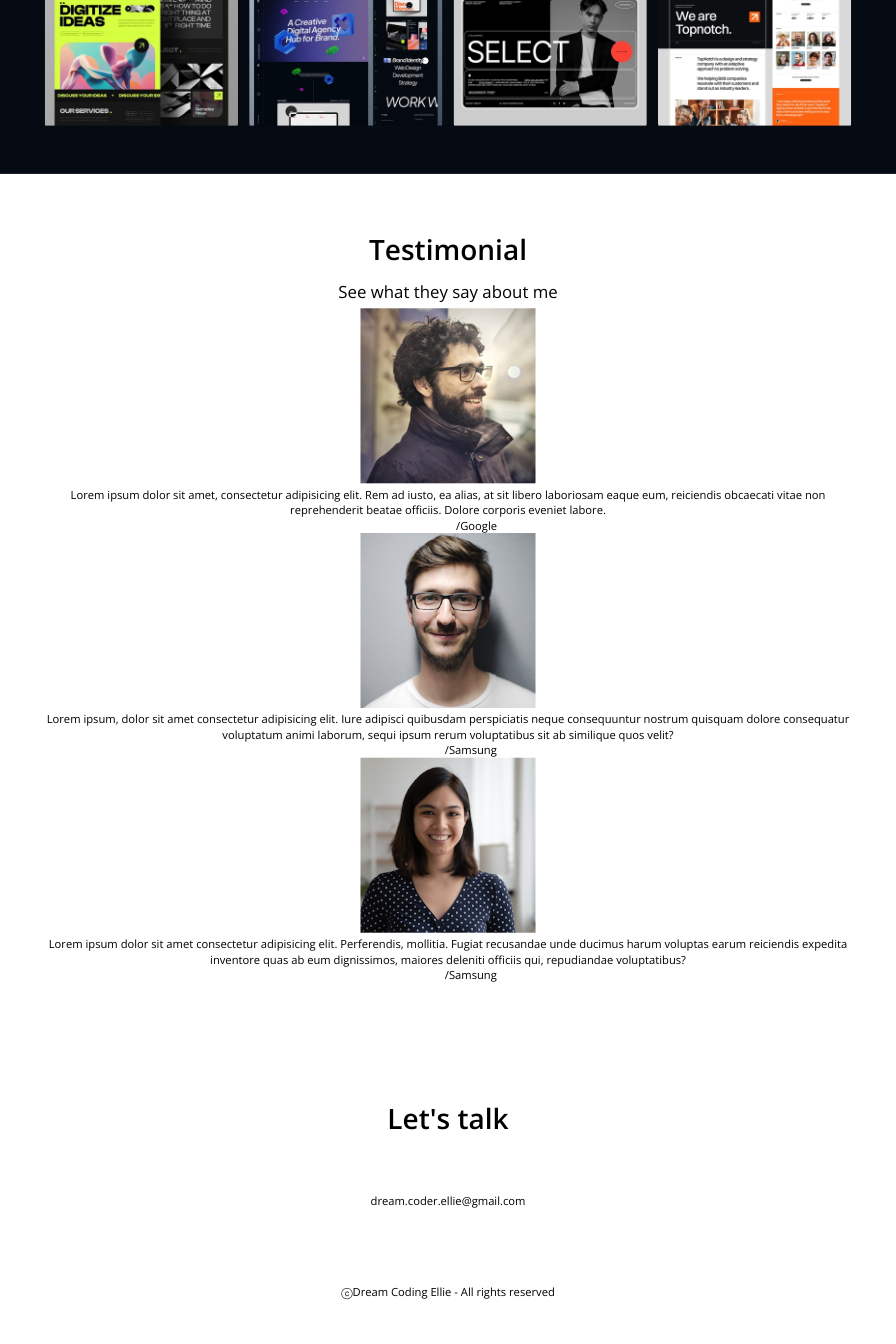
Repository: eggmoon/eggmoon_new
Page: index.html
These files come from the project's save history. The page is drawn as it stood at one moment and after the next save; the edit follows.
The browser window is 1280 px wide. The pictures show the part of the page from y = 2769 to 4689 px (the page is 4689 px tall), at 70% of full size.
Some web libraries are served in a nearby version.

Above is the page before, as saved 2025-02-26 14:49:24.

### index.html
<!DOCTYPE html>
<html lang="en">
  <head>
    <meta charset="UTF-8" />
    <meta http-equiv="X-UA-Compatible" content="IE=edge" />
    <meta name="viewport" content="width=device-width, initial-scale=1.0" />
    <!-- SEO -->
    <title>행정심판청구서 작성 가이드</title>
    <meta
      name="description"
      content="Portfolio for world-renowned software
    engineer Ellie"
    />
    <meta name="author" content="MScho" />
    <link rel="shortcut icon" href="images/favicon.ico" type="image/x-icon" />
    <!-- OG (Open Graph Data) -->
    <meta property="og:title" content="행정정심판청구서 작성 가이드" />
    <meta property="og:type" content="website" />
    <meta property="og:url" content="https://eggmoon.github.io/eggmoon/"/>
    <meta property="og:image" content="배포후에 생성된 이미지 URL" />
    <!-- Google Fonts -->
    <link rel="preconnect" href="https://fonts.googleapis.com" />
    <link rel="preconnect" href="https://fonts.gstatic.com" crossorigin />
    <link
      href="https://fonts.googleapis.com/css2?family=Open+Sans:wght@400;600&display=swap"
      rel="stylesheet"
    />
    <!-- Font Awesome -->
    <script src="https://kit.fontawesome.com/8d3cd595d6.js" crossorigin="anonymous"></script>
    <!-- CSS -->
    <link rel="stylesheet" href="css/style.css" />
    <!-- Javascript -->
    <script src="src/main.js" defer></script>
  </head>
  <body>
    <!-- Header -->
    <header class="header">
      <div class="header__logo">
        <img class="header__logo__img" src="images/favicon.ico" alt="logo" />
        <h1 class="header__logo__title"><a href="#">조미성 행정사사무소</a></h1>
      </div>
      <nav>
        <ul class="header__menu">
          <li><a class="header__menu__item active" href="#home">작성 Flow</a></li>
          <li><a class="header__menu__item" href="#about">사실관계 확인</a></li>
          <li><a class="header__menu__item" href="#skills">법령 포섭</a></li>
          <li><a class="header__menu__item" href="#work">사실의 재구성</a></li>
          <li><a class="header__menu__item" href="#testimonial">비례의 원칙</a></li>
          <li><a class="header__menu__item" href="#contact">청구서 작성</a></li>
        </ul>
      </nav>
    </header>
    <!-- Main -->
    <main>
      <!-- Home -->
      <section id="home" class="section">
        <img class="home__logo" src="images/favicon.ico" alt="Ellie's profile" />
        <h2 class="home__title"><strong class="home__title--strong">행정심판청구서</strong> <br> 작성 가이드</h2>
        <p class="home__description">사실관계 확정과 비례의 원칙을 중심으로</p>
        <a class="home__contact" href="#contact">조미성 행정사사무소</a>
      </section>
      <!-- About -->
      <section id="about" class="section max-container =">
        <h2 class="title">작성 Flow</h2>
        <p section="description">
          사실관계 및 법령의 확인
        </p>
        <p>내용을 작성해야 합니다.</p>
        <ul class="about__majors">
          <li class="about__major">
            <i class="fa-brands fa-html5 about__major__icon"></i>
            <p class="about__major__title">사실관계 및 관련 법령</p>
            <p>처분서에 따른... 확인</p>
          </li>
          <li class="about__major">
            <i class="fa-solid fa-mobile about__major__icon"></i>
            <p class="about__major__title">사실관계의 재구성</p>
            <p>사실관계...재구성</p>
          </li>
          <li class="about__major">
            <i class="fa-solid fa-server about__major__icon"></i>
            <p class="about__major__title">자료조사 및 법령의 해석론 확립</p>
            <p>논문, 법령... 등 조사</p>`
          </li>
        </ul>
        <ul class="about__subexps">
          <li class="about__subexp">
            <img src="images/jobs/google.png" alt="google logo" />
            <div>
              <p class="about__subexp__title">Google as Senior Software Engineer</p>
              <p class="about__subexp__content">2019 Oct - Until now</p>
            </div>
          </li>
          <li class="about__subexp">
            <img src="images/jobs/samsung.png" alt="samsung logo" />
            <div>
              <p class="about__subexp__title">Samsung as Software Engineer</p>
              <p class="about__subexp__content">2014 Sept - 2019 Oct</p>
            </div>
          </li>
        </ul>
      </section>
      <!-- Skills -->
      <section id="skills" class="section">
        <div class="max-container">
          <h2 class="title">사실관계의 확인</h2>
          <p class="description">사실관계</p>
          <p>
            Lorem ipsum dolor sit, amet consectetur adipisicing 계lit. Alias
            doloremque sint deleniti vel quod itaque molestias, suscipit dolor
            cupiditate saepe rem minima, amet ipsum accusantium architecto
            laboriosam dolore id necessitatibus?
          </p>
          <div class="skills-container">
            <section class="skills__rule">
              <h3 class="skills__title">Coding Skills</h3>
              <ul>
                <li class="bar">
                  <div class="bar__metadata"><span>HTML</span><span>98%</span></div>
                  <div><div class="bar__value bar__bg" style="width: 98%"></div></div>
                </li>
                <li class="bar">
                  <div class="bar__metadata"><span>CSS</span><span>90%</span></div>
                  <div><div class="bar__value bar__bg" style="width: 90%"></div></div>
                </li>
                <li class="bar">
                  <div class="bar__metadata"><span>JavaScript</span><span>90%</span></div>
                  <div><div class="bar__value bar__bg" style="width: 90%"></div></div>
                </li>
                <li class="bar">
                  <div class="bar__metadata"><span>TypeScript</span><span>80%</span></div>
                  <div><div class="bar__value bar__bg" style="width: 80%"></div></div>
                </li>
                <li class="bar">
                  <div class="bar__metadata"><span>React</span><span>79%</span></div>
                  <div><div class="bar__value bar__bg" style="width: 79%"></div></div>
                </li>
                <li class="bar">
                  <div class="bar__metadata"><span>NodeJs</span><span>68%</span></div>
                  <div><div class="bar__value bar__bg" style="width: 68%"></div></div>
                </li>
              </ul>
            </section>
            <section class="skills__explain">
              <h3 class="skills__title">Tools</h3>
              <ul>
                <li>Visual Studio Code</li>
                <li>IntelliJ</li>
                <li>Android Studio Code</li>
                <li>iOS development tools</li>
                <li>Sketch app</li>
              </ul>
            </section>
            <section class="skills__data">
              <h3 class="skills__title">Etc</h3>
              <ul>
                <li>Git</li>
                <li>Scrum Master</li>
                <li>Math</li>
              </ul>
            </section>
          </div>
        </div>
      </section>
      <!-- Work -->
      <section id="work" class="section">
        <div class="max-container">
          <h2 class="title">My work</h2>
          <p class="description">Projects</p>
          <ul class="categories">
            <li>
              <button class="category category--selected">All <span class="category__count">8</span></button>
            </li>
            <li>
              <button class="category">Front-end <span class="category__count">3</span></button>
            </li>
            <li>
              <button class="category">Back-end <span class="category__count">3</span></button>
            </li>
            <li>
              <button class="category">Mobile <span class="category__count">2</span></button>
            </li>
          </ul>
          <ul class="projects">
            <li class="project">
              <a href="#" target="_blank">
                <img src="images/projects/project1.webp" alt="project1" class="project__img"/>
                <div class="project__metadata">
                  <h3 class="project__title">Project #1</h3>
                  <p>Clone Coding with HTML, CSS</p>
                </div>
              </a>
            </li>
            <li class="project">
              <a href="#" target="_blank">
                <img src="images/projects/project2.webp" alt="project2" class="project__img"/>
                <div class="project__metadata">
                  <h3 class="project__title">Project #2</h3>
                  <p>Clone Coding with HTML, CSS</p>
                </div>
              </a>
            </li>
            <li class="project">
              <a href="#" target="_blank">
                <img src="images/projects/project3.webp" alt="project3" class="project__img"/>
                <div class="project__metadata">
                  <h3 class="project__title">Project #3</h3>
                  <p>Clone Coding with HTML, CSS</p>
                </div>
              </a>
            </li>
            <li class="project">
              <a href="#" target="_blank">
                <img src="images/projects/project4.webp" alt="project4" class="project__img"/>
                <div class="project__metadata">
                  <h3 class="project__title">Project #4</h3>
                  <p>Clone Coding with HTML, CSS</p>
                </div>
              </a>
            </li>
            <li class="project">
              <a href="#" target="_blank">
                <img src="images/projects/project5.webp" alt="project5" class="project__img"/>
                <div class="project__metadata">
                  <h3 class="project__title">Project #5</h3>
                  <p>Clone Coding with HTML, CSS</p>
                </div>
              </a>
            </li>
            <li class="project">
              <a href="#" target="_blank">
                <img src="images/projects/project6.webp" alt="project6" class="project__img"/>
                <div class="project__metadata">
                  <h3 class="project__title">Project #6</h3>
                  <p>Clone Coding with HTML, CSS</p>
                </div>
              </a>
            </li>
            <li class="project">
              <a href="#" target="_blank">
                <img src="images/projects/project7.webp" alt="project7" class="project__img"/>
                <div class="project__metadata">
                  <h3 class="project__title">Project #7</h3>
                  <p>Clone Coding with HTML, CSS</p>
                </div>
              </a>
            </li>
            <li class="project">
              <a href="#" target="_blank">
                <img src="images/projects/project8.webp" alt="project8" class="project__img"/>
                <div class="project__metadata">
                  <h3 class="project__title">Project #8</h3>
                  <p>Clone Coding with HTML, CSS</p>
                </div>
              </a>
            </li>
          </ul>
        </div>
      </section>
      <!-- Testimonials -->
      <section id="testimonial" class="section">
        <h2 class="title">Testimonial</h2>
        <p class="description">See what they say about me</p>
        <ul>
          <li>
            <img src="images/testimonials/people1.webp" alt="people1" />
            <div>
              <p>
                Lorem ipsum dolor sit amet, consectetur adipisicing elit. Rem ad
                iusto, ea alias, at sit libero laboriosam eaque eum, reiciendis
                obcaecati vitae non reprehenderit beatae officiis. Dolore
                corporis eveniet labore.
              </p>
              <p><a href="#">James Kim</a> /Google</p>
            </div>
          </li>
          <li>
            <img src="images/testimonials/people2.webp" alt="people2" />
            <div>
              <p>
                Lorem ipsum, dolor sit amet consectetur adipisicing elit. Iure
                adipisci quibusdam perspiciatis neque consequuntur nostrum
                quisquam dolore consequatur voluptatum animi laborum, sequi
                ipsum rerum voluptatibus sit ab similique quos velit?
              </p>
              <p><a href="#">Anna Jin</a> /Samsung</p>
            </div>
          </li>
          <li>
            <img src="images/testimonials/people3.webp" alt="people3" />
            <div>
              <p>
                Lorem ipsum dolor sit amet consectetur adipisicing elit.
                Perferendis, mollitia. Fugiat recusandae unde ducimus harum
                voluptas earum reiciendis expedita inventore quas ab eum
                dignissimos, maiores deleniti officiis qui, repudiandae
                voluptatibus?
              </p>
              <p><a href="#">Anna Jin</a> /Samsung</p>
            </div>
          </li>
        </ul>
      </section>
      <!-- Arrow up -->
      <aside>
        <a href="#home" title="back to top">
          <i class="fa-solid fa-arrow-up"></i>
        </a>
      </aside>
    </main>
    <!-- Footer -->
    <footer id="contact" class="section">
      <h2 class="title">Let&#39;s talk</h2>
      <p class="section">dream.coder.ellie@gmail.com</p>
      <ul>
        <li>
          <a
            href="https://github.com/dream-ellie"
            target="_blank"
            title="my github link"
          >
            <i class="fa-brands fa-github"></i>
          </a>
        </li>
        <li>
          <a
            href="https://github.com/dream-ellie"
            target="_blank"
            title="my linkedin link"
          >
            <i class="fa-brands fa-linkedin"></i>
          </a>
        </li>
      </ul>
      <p>ⓒDream Coding Ellie - All rights reserved</p>
    </footer>
  </body>
</html>

### css/style.css
/* Global */
:root {
/* App Colors */
  --color-primary: var(--color-black);
  --color-primary-variant: var(--color-gray);
  --color-accent: var(--color-blue);
  --color-accent-variant: var(--color-orange);
  --color-text: var(--color-white);
  /* Colors */
  --color-white: #ffffff;
  --color-black: #050a13;
  --color-blue: #03e8f9;
  --color-orange: #fd6413;
  --color-gray: #1b1e26;
  /* Size */
  --size-max-width: 1200px;
}
*{
  box-sizing: border-box;
}
body {
  font-family: 'Open Sans', sans-serif;
  margin: 0;
}
h1, h2, h3, p, ul {
  margin: 0;
}

ul {
  list-style: none;
  padding: 0;
}

a{
  text-decoration: none;
  color: var(--color-text);
}

button{
  background-color: transparent;
  outline: 0;
  border: 0;
}

button:focus {
  outline: 1px solid var(--color-blue);
}

/* Common */
.section{
  padding: 4rem;
  text-align: center !important;
}

.title{
  font-size: 2.5rem;
  margin: 1rem 0;

}

.description{
  font-size:1.5rem;
  margin:0.5rem 0;
}

.max-container {
  max-width: var(--size-max-width);
  margin: auto;
}

/* Header */
.header{
  position: fixed;
  background-color: var(--color-black);
  top: 0;
  width: 100%;
  padding:1rem;
  display: flex;
  justify-content: space-between;
  align-items: center;
  z-index:1;
}

.header__logo{
  display:flex;
  align-items: center;
  gap: 8px
}

.header__logo__img{
  width: 36px;
  height: 36px;
}

.header__logo__title {
  font-size: 1.8rem;
}

.header__menu{
  display:flex;
  gap: 4px;
}
.header__menu__item{
  padding: 8px 16px;
}
.header__menu__item:hover{
  border-bottom: 1px solid var(--color-accent);
}
.header__menu__item.active{
  border: 1px solid var(--color-accent);
}
/* Home */
#home{
  background-color: var(--color-primary);
  color: var(--color-text);
  padding: 5rem 1rem;
  padding-top: 7rem;
  text-align: center;
}
.home__logo{
 width: 250px;
 height: 250px;
 object-fit: contain;
 border: 3px solid var(--color-accent);
 border-radius: 50%;
}
.home__title{
 font-size:3rem;
 margin-bottom: 1rem;

}
.home__title--strong{
  color: var(--color-accent);
}
/* .home__description{

} */

.home__contact{
  display: inline-block;
  background-color: var(--color-accent);
  color: var(--color-black);
  padding: 0.5rem 1rem;
  font-weight: bold;
  border-radius: 4px;
}

.home__contact:hover{
    /* hover 밀림 현상 해결: width, height을 주거나 outline으로 해결함 */
  background-color:transparent;
  outline: 1px solid var(--color-accent);
  color: var(--color-text);
}

/* about */

.about__majors{
  display: flex;
  justify-content: space-between;
  gap: 1rem;
  margin: 2.5rem 0;
}

.about__major{
  background-color: var(--color-primary-variant);
  padding: 2rem 1rem;
  color: var(--color-text);
  border-radius: 1rem;
  cursor: default;
  box-shadow:4.0px 8.0px 8.0px rgba(0,0,0,0.38);
  flex-grow:1;
  flex-shrink:1;
  flex-basis:0;
}

.about__major__icon{
  font-size: 4rem;
  margin: 1rem 0;
  color: var(--color-accent);
  transition: all 300ms ease;
}

.about__major__title{
 font-size: 1.5rem;
 font-weight: bold;
 margin-bottom: 1rem;
}

.about__major:hover .about__major__icon{
  transform: rotate(-15deg) scale(1.2);
}

.about__subexps{
  text-align: start;
}
.about__subexp{
  display:flex;
  align-items: center;
  gap: 8px;
  margin-bottom: 1rem;
}
.about__subexp__title{
  color: var(--color-primary);
}

.about__subexp__content{
  color: var(--color-primary);
}

/* skills */

#skills {
  background-color: var(--color-primary-variant);
  color: var(--color-text);
}
.skills__title{
  color: var(--color-accent);
  margin: 1rem 0;
  font-size: 1.2rem;
  margin: 2rem 3rem;
}
.skills-container{
  display: grid;
  grid-template-columns: 6fr 4fr;
  background-color: var(--color-primary);
  border-radius: 8px;
  overflow: hidden;
  box-shadow: 0 2.8px 2.2px rgba(0, 0, 0, 0.034), 0 6.7px 5.3px rgba(0, 0, 0, 0.048), 0 12.5px 10px rgba(0, 0, 0, 0.06), 0 22.3px 17.9px rgba(0, 0, 0, 0.072), 0 41.8px 33.4px rgba(0, 0, 0, 0.086), 0 100px 80px rgba(0, 0, 0, 0.12)
}

.skills__rule{
  grid-row: span 2;
  padding: 1rem;
}

.skills__explain{
  padding: 1rem;
}

.skills__data{
  padding: 1rem;
  background-color: var(--color-primary);
    filter: brightness(150%);
}

.bar{
  display:flex;
  flex-direction: column;
  padding: 1rem;
  gap: 0.5rem;
}
.bar__metadata{
  display:flex;
  justify-content:space-between;
}
.bar__bg{
  width: 100%;
  height: 3px;
  background-color: var(--color-primary-varient);
}
.bar__value{
  background-color: var(--color-accent);
}

 /* Work */
 #work {
  background-color: var(--color-primary);
  color: var(--color-text);
 }

 .categories {
  display:flex;
  justify-content: center;
  margin: 2.5rem;
  gap: 1rem;
 }

 .category {
  position:relative;
  color: var(--color-text);
  font-size: 1.1rem;
  padding: 0.5rem 3rem;
  border-radius: 4px;
  border: 1px solid var(--color-accent);
  cursor: pointer;
  white-space: nowrap;
 }


 .category__count{
  opacity: 0;
  position: absolute;
  top: -20px;
  right: 16px;
  width: 28px;
  height: 28px;
  line-height: 28px;
  border-radius: 100%;
  background-color: var(--color-accent-variant);
  color: var(--color-text);
  transition: all 300ms ease-in;
 }
 .category--selected {
  background-color: var(--color-accent);
  color: var(--color-primary);
 }
 .category--selected .category__count,
 .category:hover .category__count {
  opacity: 1;
  top:0;
 }

 .projects {
  display: grid;
  grid-template-columns: repeat(4, 1fr);
  grid-template-rows: repeat(2,1fr);
  gap: 1rem;
 }

 .project{
  position:relative;
  border-radius:8px;
  overflow:hidden;
 }

 .project__img{
  width: 100%;
 }

 .project__metadata{
  opacity: 0;
  position: absolute;
  top: 0;
  left: 0;
  width: 100%;
  height: 100%;
  background-color: var(--color-black);
  display:flex;
  flex-direction: column;
  justify-content: center;
  align-items: center;
  transition: all 250ms ease-in;
  transform: translateY(-10px);
 }

 .project__metadata:hover {
  opacity:0.8;
  transform: translateY(0px);
 }
 .project__title:after{
  content: '';
  display: block;
  position:relative;
  left:50%;
  transform: translate(-60%);
  width: 80px;
  height: 2px;
  background-color: var(--color-accent);
  margin:0.5rem;
 }

 /* Testimonial */

Loaded but not shown: src/main.js (no copy from this time; the picture is the same without it)

After the next save:
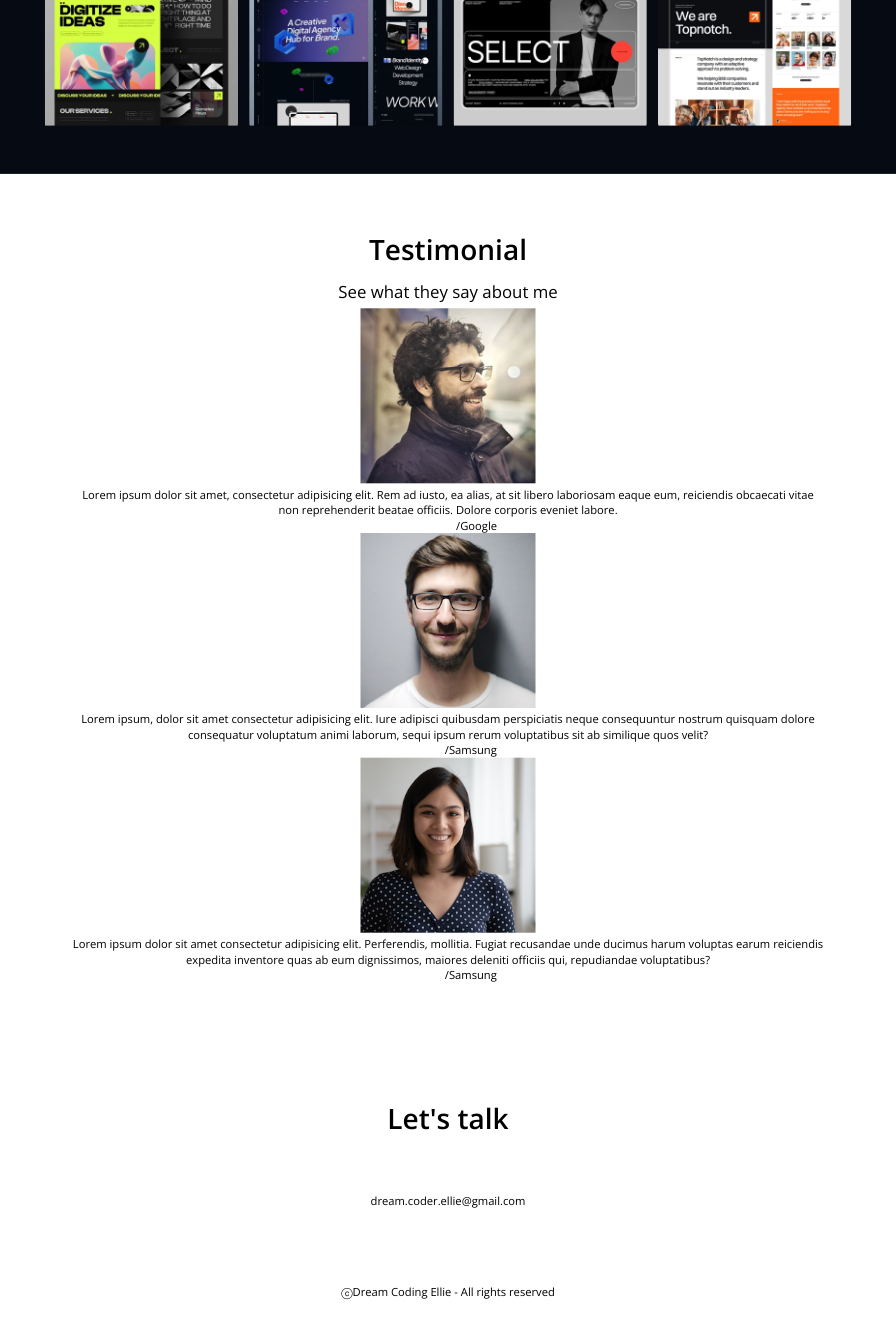
Saved 17 s later.
--- a/index.html
+++ b/index.html
@@ -258,7 +258,7 @@
         </div>
       </section>
       <!-- Testimonials -->
-      <section id="testimonial" class="section">
+      <section id="testimonial" class="section max-container">
         <h2 class="title">Testimonial</h2>
         <p class="description">See what they say about me</p>
         <ul>
